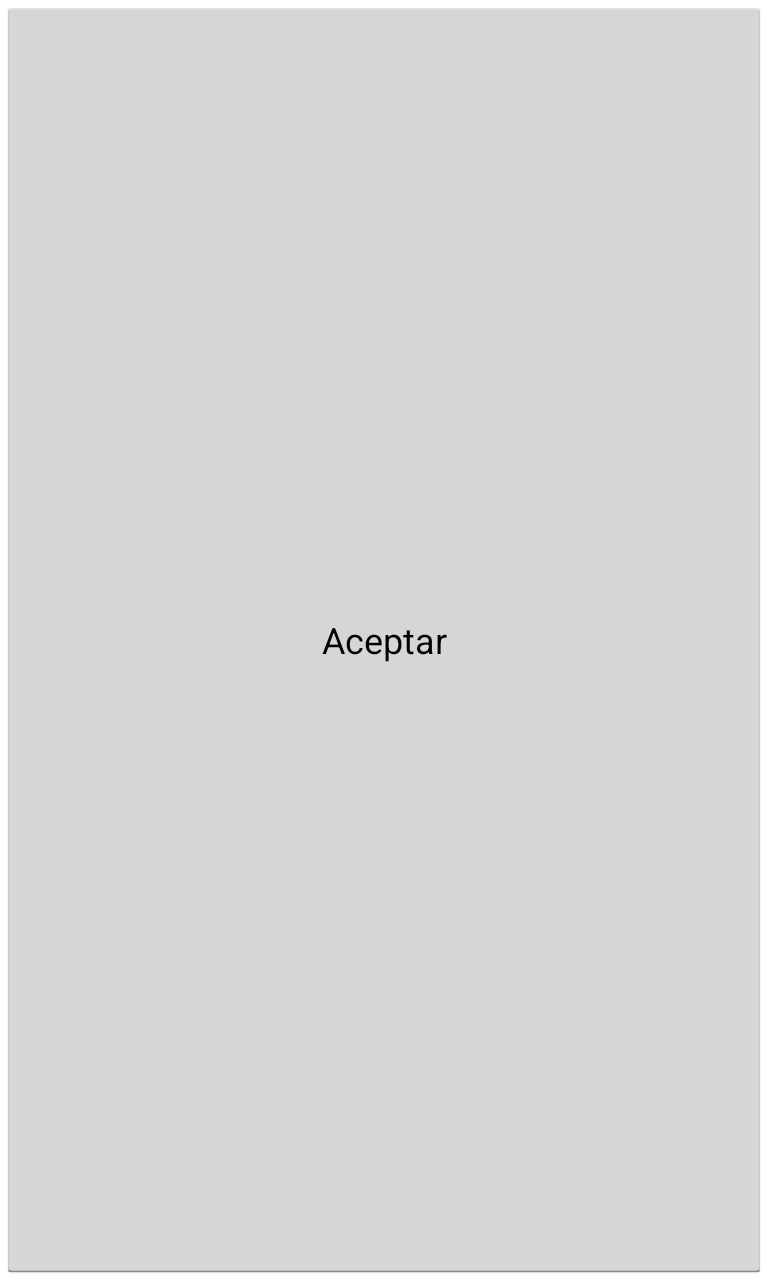
Repository: usbcrodriguez/android
Layout: Aplicacion1/res/layout/activity_main.xml
These files come from the project's save history. The layout is drawn as it stood at one moment and after the next save; the edit follows.
It is drawn on a 768 x 1280 px phone screen (xhdpi) without system bars, with theme AppTheme; the app's code is not run.

Above is the layout before, as saved 2013-08-20 16:53:21.

After the next save:
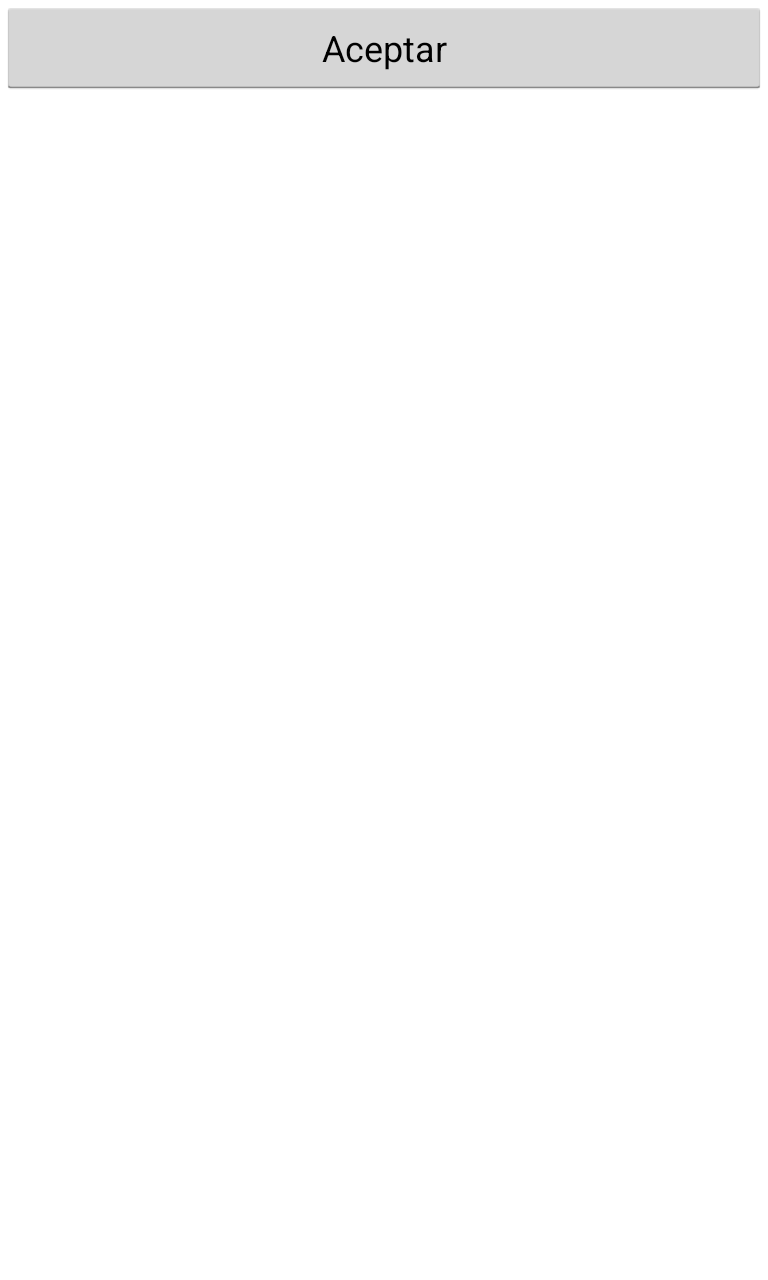
Saved 102 s later.
--- a/Aplicacion1/res/layout/activity_main.xml
+++ b/Aplicacion1/res/layout/activity_main.xml
@@ -3,7 +3,7 @@
     android:layout_height="match_parent"
     xmlns:android="http://schemas.android.com/apk/res/android">
 
-    <Button  android:layout_width="match_parent" android:layout_height="match_parent"
+    <Button  android:layout_width="match_parent" android:layout_height="wrap_content"
         android:text="Aceptar"
 
         ></Button>
